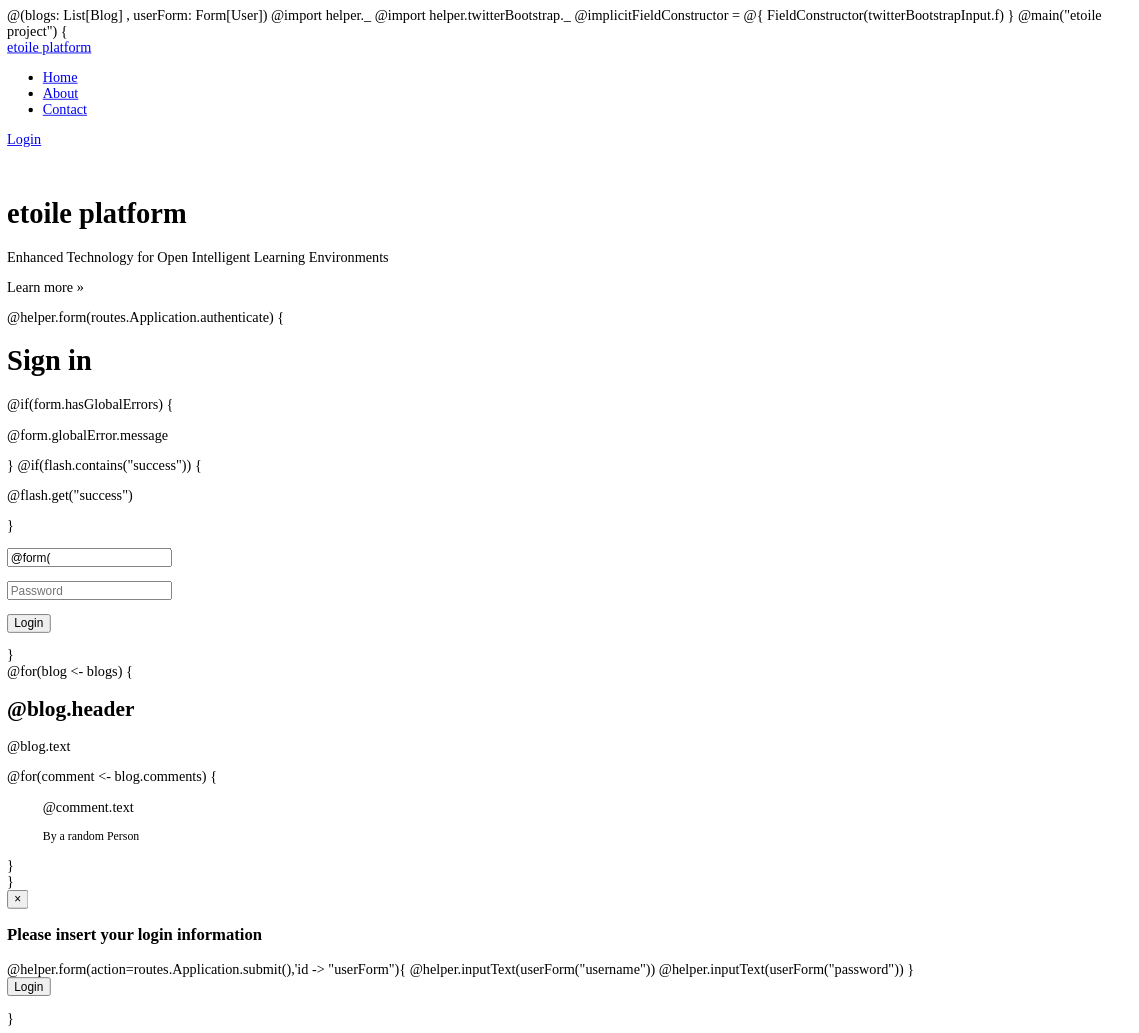
Repository: lopesdasilva/etoile
Page: etoile-play/.target/views/index.scala.html
The author's editor kept a copy of each file at every save. The page is drawn from the files as they stood at one save, then again after the next save.
The browser window is 1280 px wide. The pictures show the whole page, at 89% of full size.

Above is the page before, as saved 2012-10-23 10:44:16.

### etoile-play/.target/views/index.scala.html
@(blogs: List[Blog] , userForm: Form[User])

@import helper._
@import helper.twitterBootstrap._
@implicitFieldConstructor = @{ FieldConstructor(twitterBootstrapInput.f) }
@main("etoile project") {

<div class="navbar navbar-inverse navbar-fixed-top">
      <div class="navbar-inner">
        <div class="container">
          <a class="btn btn-navbar" data-toggle="collapse" data-target=".nav-collapse">
            <span class="icon-bar"></span>
            <span class="icon-bar"></span>
            <span class="icon-bar"></span>
          </a>
          <a class="brand" href="#">etoile platform</a>
          <div class="nav-collapse collapse">
            <ul class="nav">
              <li class="active"><a href="#">Home</a></li>
              <li><a href="#about">About</a></li>
              <li><a href="#contact">Contact</a></li>
            </ul>
            <form class="navbar-form pull-right">
             <a href="#loginModal" role="button" class="btn btn-primary" data-toggle="modal">Login</a>



            </form>
          </div><!--/.nav-collapse -->
        </div>
      </div>
    </div>


 <br>
<div class="hero-unit">
	<h1>etoile platform</h1>
	<p>Enhanced Technology for Open Intelligent Learning Environments</p>
	 <p><a class="btn btn-primary btn-large">Learn more &raquo;</a></p>
</div>

 @helper.form(routes.Application.authenticate) {

            <h1>Sign in</h1>

            @if(form.hasGlobalErrors) {
                <p class="error">
                    @form.globalError.message
                </p>
            }

            @if(flash.contains("success")) {
                <p class="success">
                    @flash.get("success")
                </p>
            }

            <p>
                <input type="email" name="email" placeholder="Email" value="@form("email").value">
            </p>
            <p>
                <input type="password" name="password" placeholder="Password">
            </p>
            <p>
                <button type="submit">Login</button>
            </p>

        }

<!-- Example row of columns -->
<div class="row" >
	@for(blog <- blogs) {
	<div class="span12">
		<h2>@blog.header</h2>
		<p>@blog.text</p>
		@for(comment <- blog.comments) {
		<blockquote>
			<p>@comment.text</p>
			<small>By a random Person</small>
		</blockquote>
		}
	</div>
	}
</div>

<form>
<div id="loginModal" class="modal hide fade" tabindex="-1" role="dialog" aria-labelledby="myModalLabel" aria-hidden="true">
  <div class="modal-header">
    <button type="button" class="close" data-dismiss="modal" aria-hidden="true">&times;</button>
    <h3 id="myModalLabel">Please insert your login information</h3>
  </div>
  <div class="modal-body">
   @helper.form(action=routes.Application.submit(),'id -> "userForm"){
			              	@helper.inputText(userForm("username"))
			              	            	@helper.inputText(userForm("password"))
			              	            	}
  </div>
  <div class="modal-footer">
    <button class="btn btn-primary" formaction="signup" formmethod="post">Login</button>
  </div>
</div>
</form>

}

After the next save:
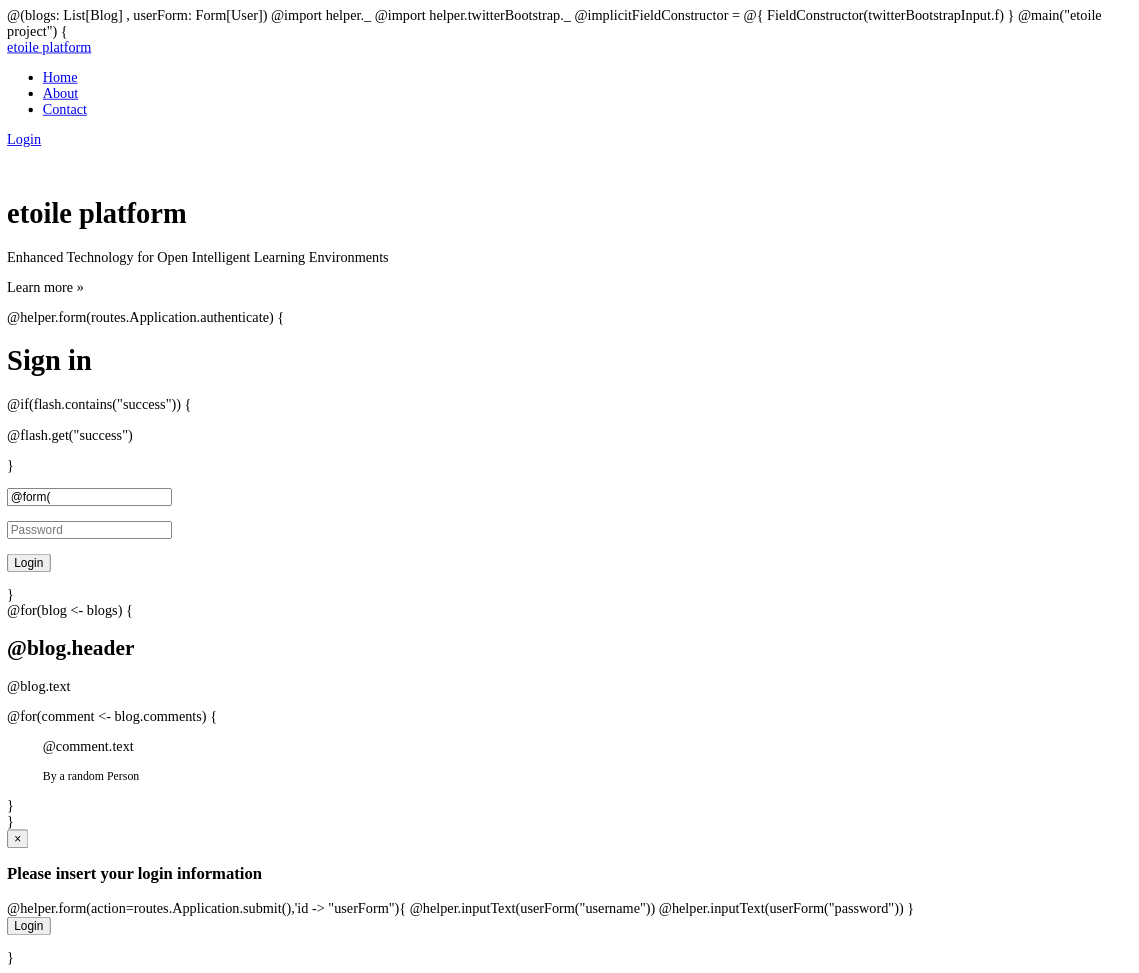
Saved 2 min 37 s later.
--- a/etoile-play/.target/views/index.scala.html
+++ b/etoile-play/.target/views/index.scala.html
@@ -43,11 +43,7 @@
 
             <h1>Sign in</h1>
 
-            @if(form.hasGlobalErrors) {
-                <p class="error">
-                    @form.globalError.message
-                </p>
-            }
+
 
             @if(flash.contains("success")) {
                 <p class="success">
